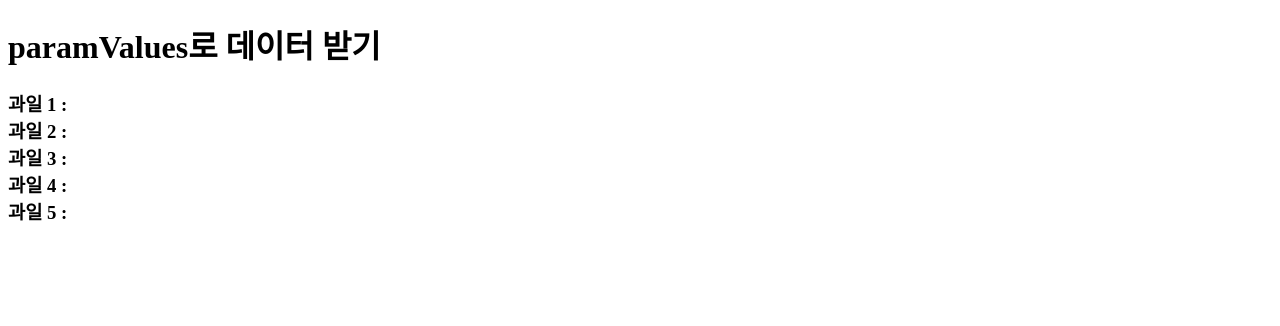
Repository: havanara/240411_JSTL_Project
Page: http://localhost/jstl_study/step-5.jsp
An editor plug-in stored every save of this project. The page is shown before and after the next save, followed by the edit.
The browser window is 1280 px wide. The pictures show the whole page.
The page is served by Tomcat 9.

Above is the page before, as saved 2024-04-11 03:52:25.

After the next save:
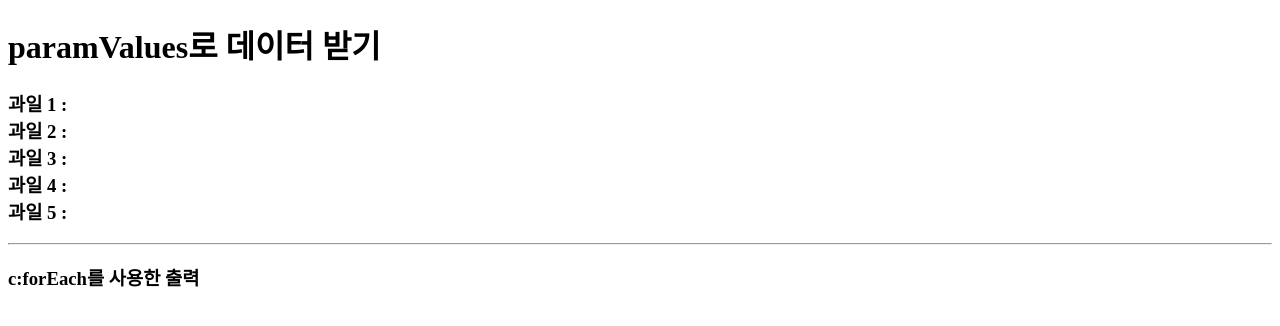
Saved 2 min 9 s later.
--- a/jstl_study/src/main/webapp/step-5.jsp
+++ b/jstl_study/src/main/webapp/step-5.jsp
@@ -16,5 +16,9 @@
 		과일 4 : ${paramValues.food[3] } <br>
 		과일 5 : ${paramValues.food[4] } <br>
 	</h3>
+
+	<hr>
+
+	<h3>c:forEach를 사용한 출력</h3>
 </body>
 </html>
